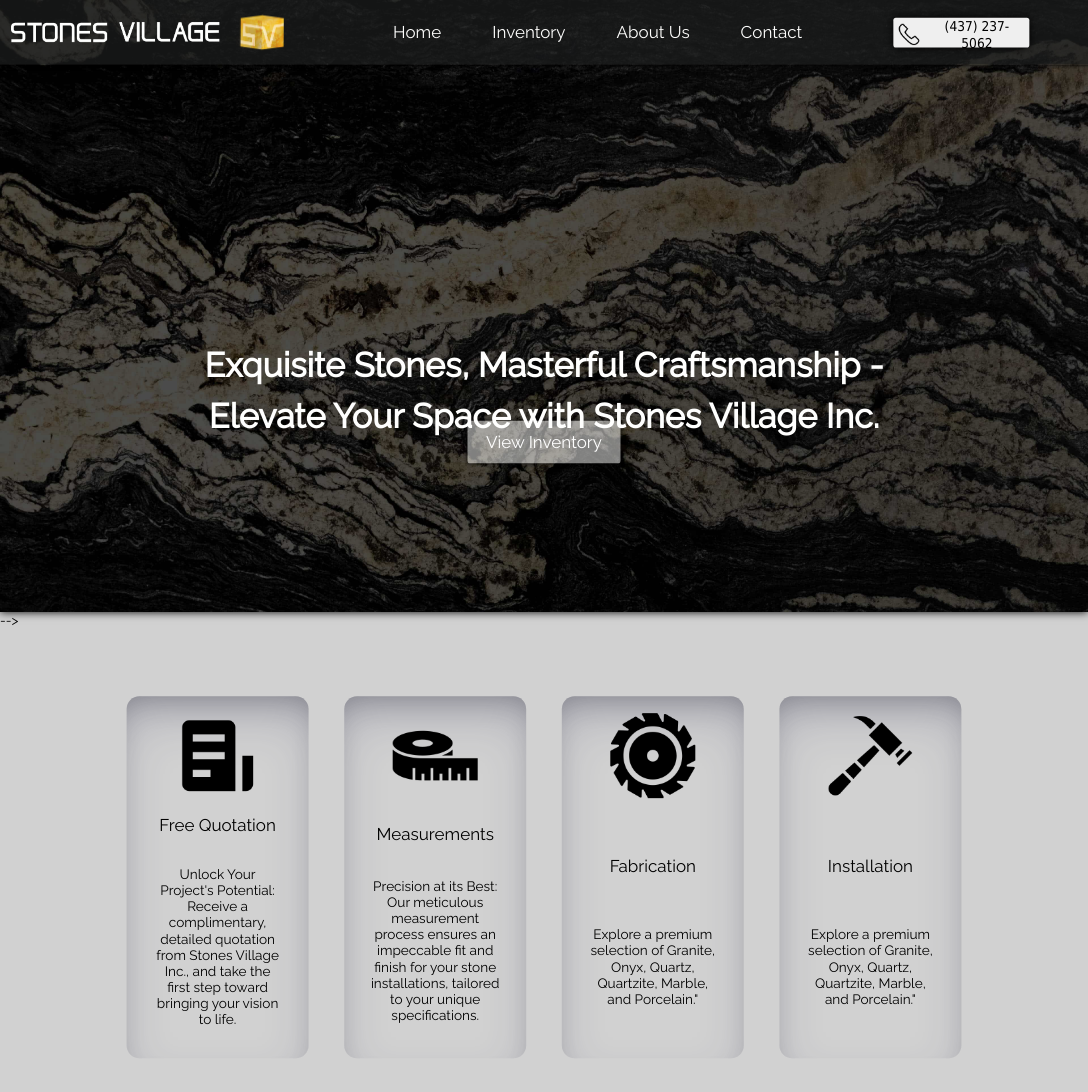
Repository: shayanabedi98/Stones-Village
Page: index.html
These files come from the project's save history. The page is drawn as it stood at one moment and after the next save; the edit follows.
The browser window is 1280 px wide. The pictures show the whole page, at 85% of full size.
Backgrounds fixed to the window are drawn as part of the page.

Above is the page before, as saved 2023-10-22 17:20:37.

After the next save:
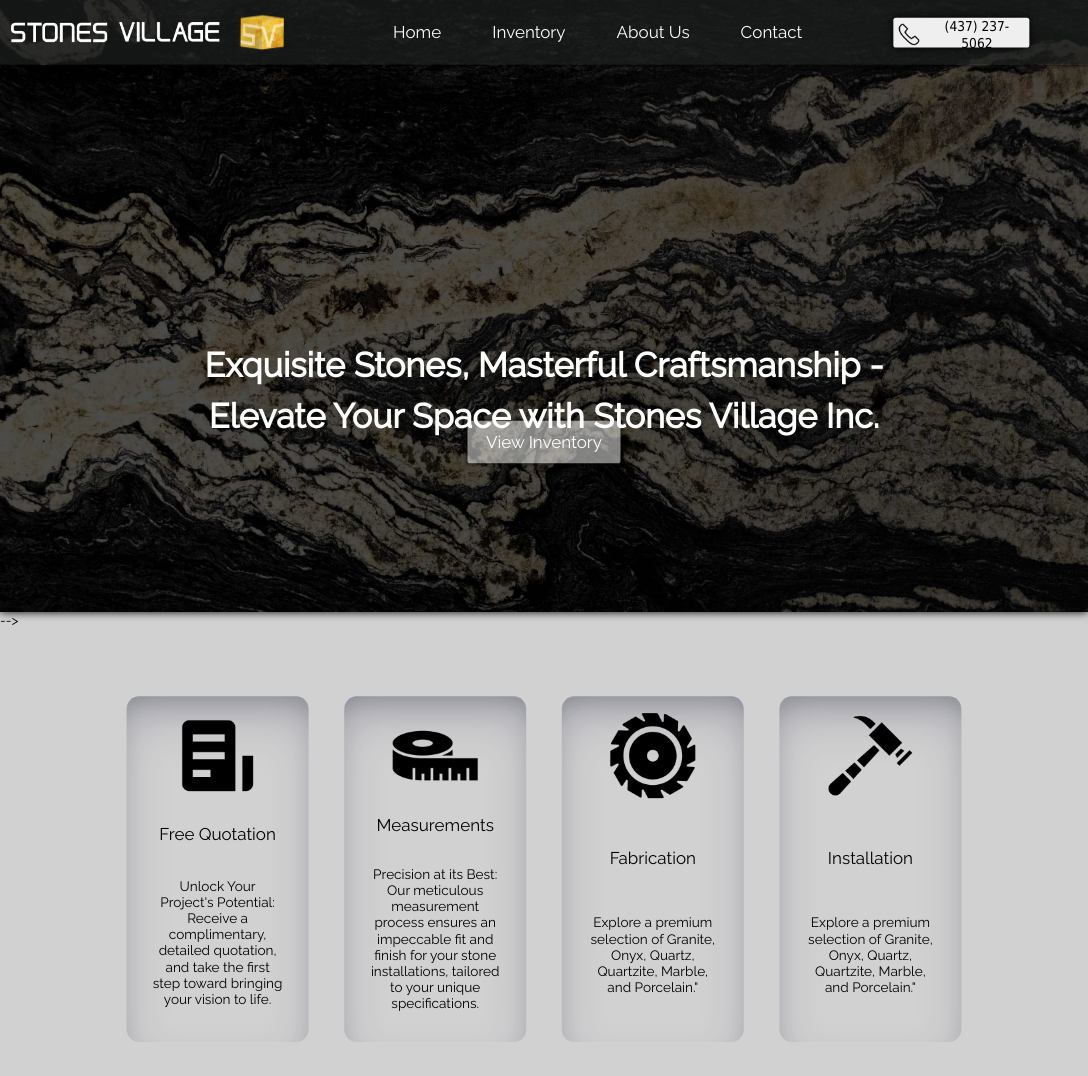
Saved 33 s later.
--- a/index.html
+++ b/index.html
@@ -63,7 +63,7 @@ Our trained professionals carry out careful and precise installations. We also p
                 <img src="./resources/invoice-svgrepo-com.png" alt="Icon of Stone Slab">
                 <div class="card-text">
                     <p class="card-name">Free Quotation</p>
-                    <p class="card-description">Unlock Your Project's Potential: Receive a complimentary, detailed quotation from Stones Village Inc., and take the first step toward bringing your vision to life.</p>
+                    <p class="card-description">Unlock Your Project's Potential: Receive a complimentary, detailed quotation, and take the first step toward bringing your vision to life.</p>
                 </div>
             </div>
             <div class="card">
